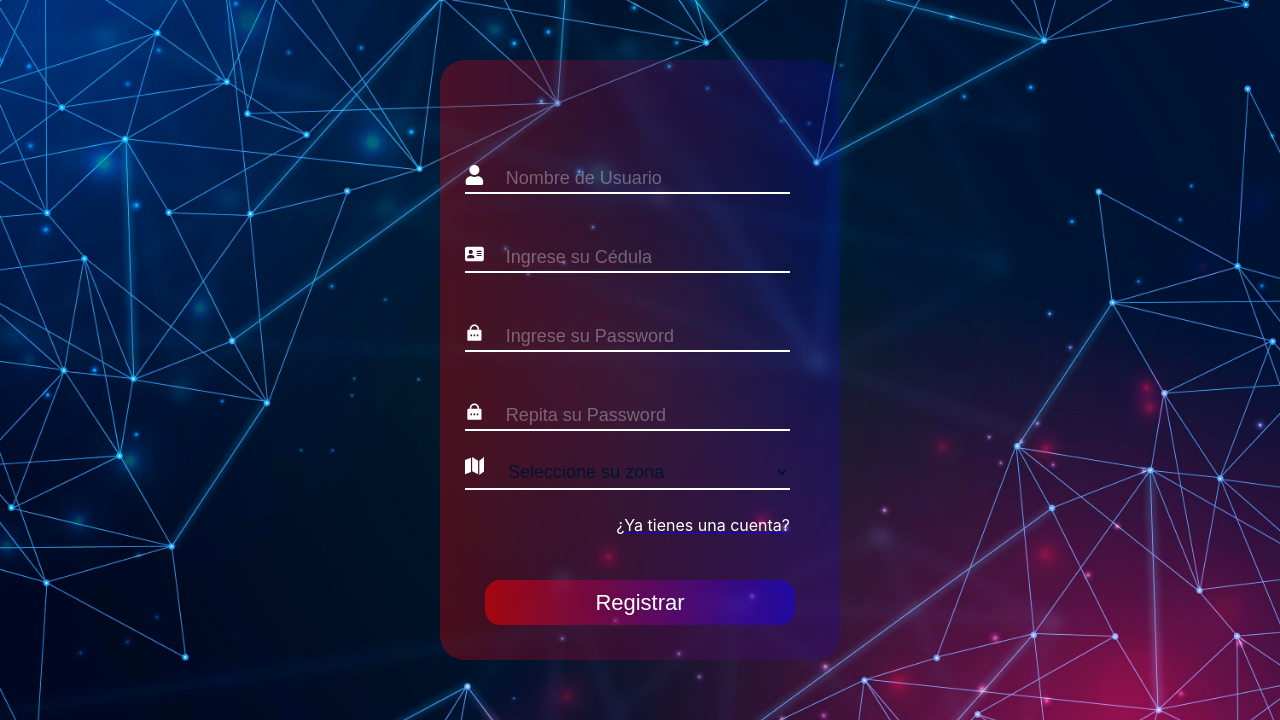
Repository: Davic1o/municipio
Page: /Registro
These files come from the project's save history. The page is drawn as it stood at one moment and after the next save; the edit follows.
The browser window is 1280 px wide. The pictures show the whole page.
The project was rebuilt for these pictures with package versions that can differ from the ones it lists, and the page was loaded fresh each time. Also part of the build but not shown: src/pages/Login/Login.jsx, src/pages/Administrador/Admin.jsx, src/pages/Coord/Coord.jsx, src/pages/User/User.jsx, src/pages/ConfirmacionRegistro/ConfirmacionRegistro.jsx.

Above is the page before, as saved 2024-02-06 20:31:50.

After the next save:
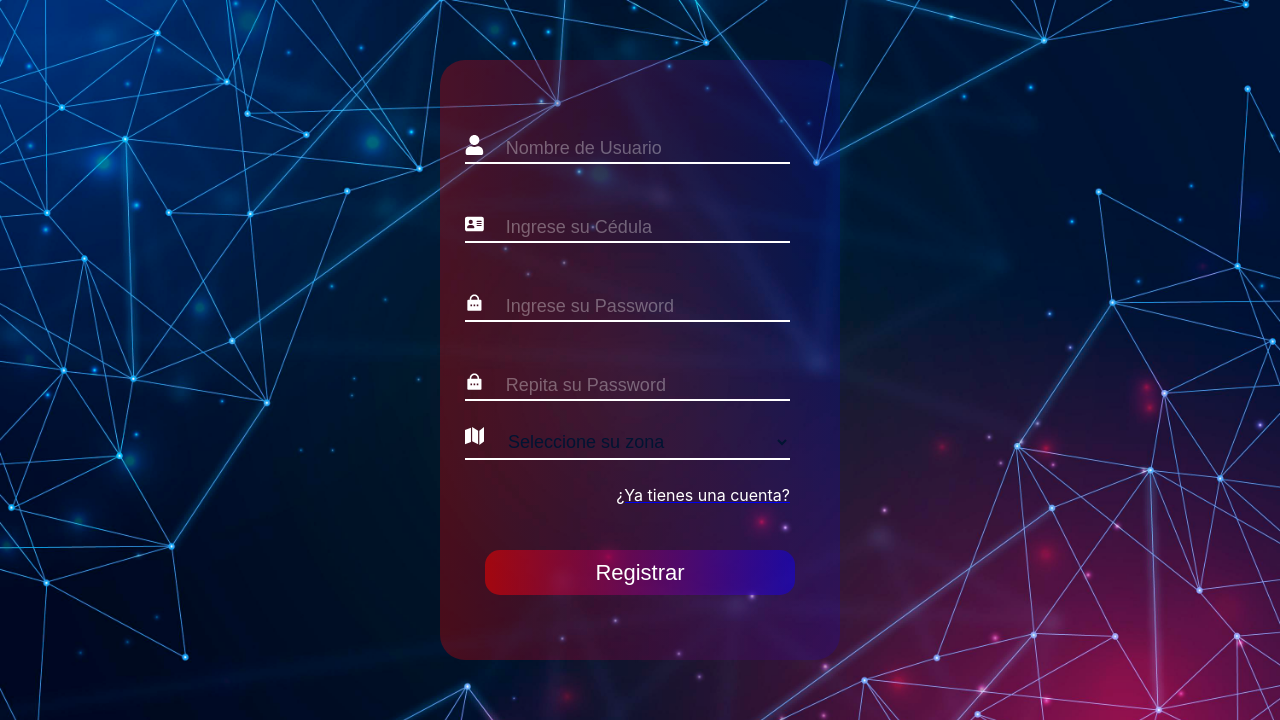
Saved 6 s later.
--- a/src/pages/Register/register.css
+++ b/src/pages/Register/register.css
@@ -6,7 +6,7 @@
     background: linear-gradient(to right, rgba(253, 0, 0, 0.288) 1%, rgba(16, 0, 235, 0.171));
 }
 .register__formulario{
-    margin-top: 80px;
+    margin-top: 50px;
 }
 
 .contenedor__zona{
